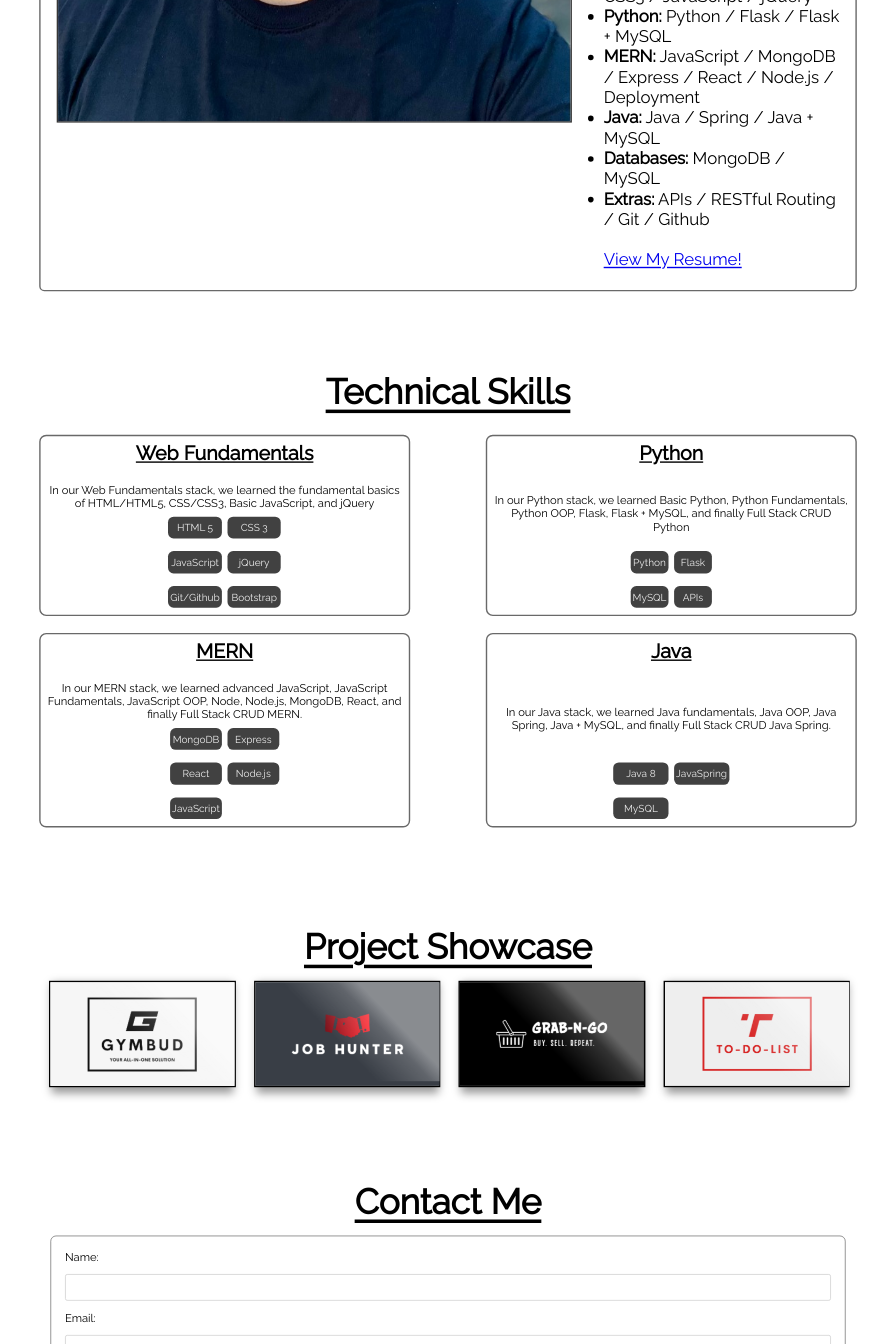
Repository: RICHIE-YIN/Personal-Portfolio
Page: index.html
An editor plug-in stored every save of this project. The page is shown before and after the next save, followed by the edit.
The browser window is 1280 px wide. The pictures show the part of the page from y = 1983 to 3903 px (the page is 4251 px tall), at 70% of full size.
Some web fonts or font styles are not loaded; a fallback is used.

Above is the page before, as saved 2023-06-12 17:06:13.
Console error: ReferenceError: $ is not defined

After the next save:
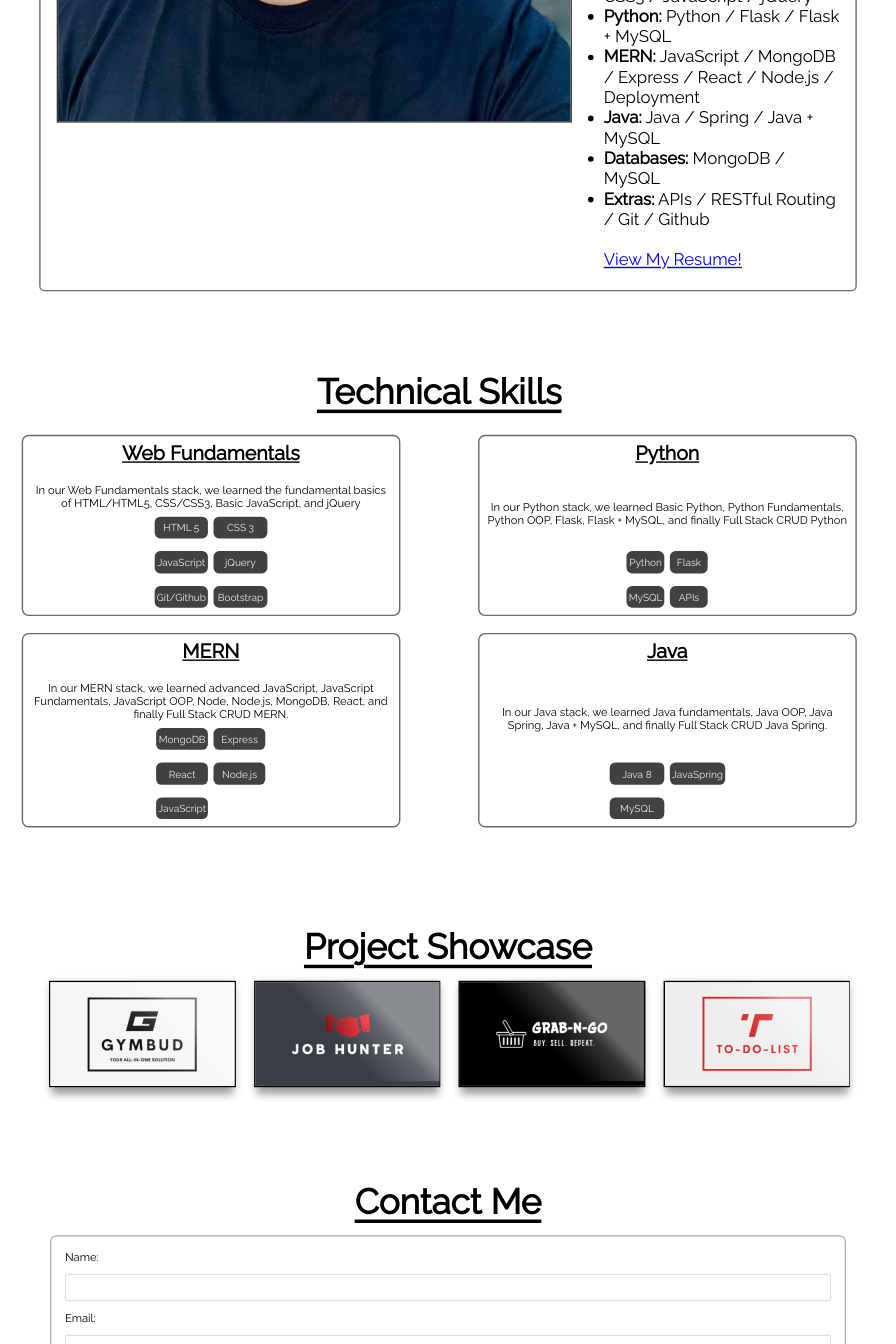
Saved 58 s later.
--- a/styles.css
+++ b/styles.css
@@ -293,7 +293,7 @@ display: none;
     flex-direction: column;
     align-items: center;
     margin-bottom: 4rem;
-    padding-left: 25px;
+    /* padding-left: 25px; */
     padding-right: 25px;
 }
 
@@ -629,9 +629,3 @@ button[type="submit"]:hover {
     text-decoration: underline;
     text-underline-offset: 0.15em;
 }
-
-.card-container {
-    display: flex;
-    justify-content: center;
-    flex-wrap: wrap;
-}
